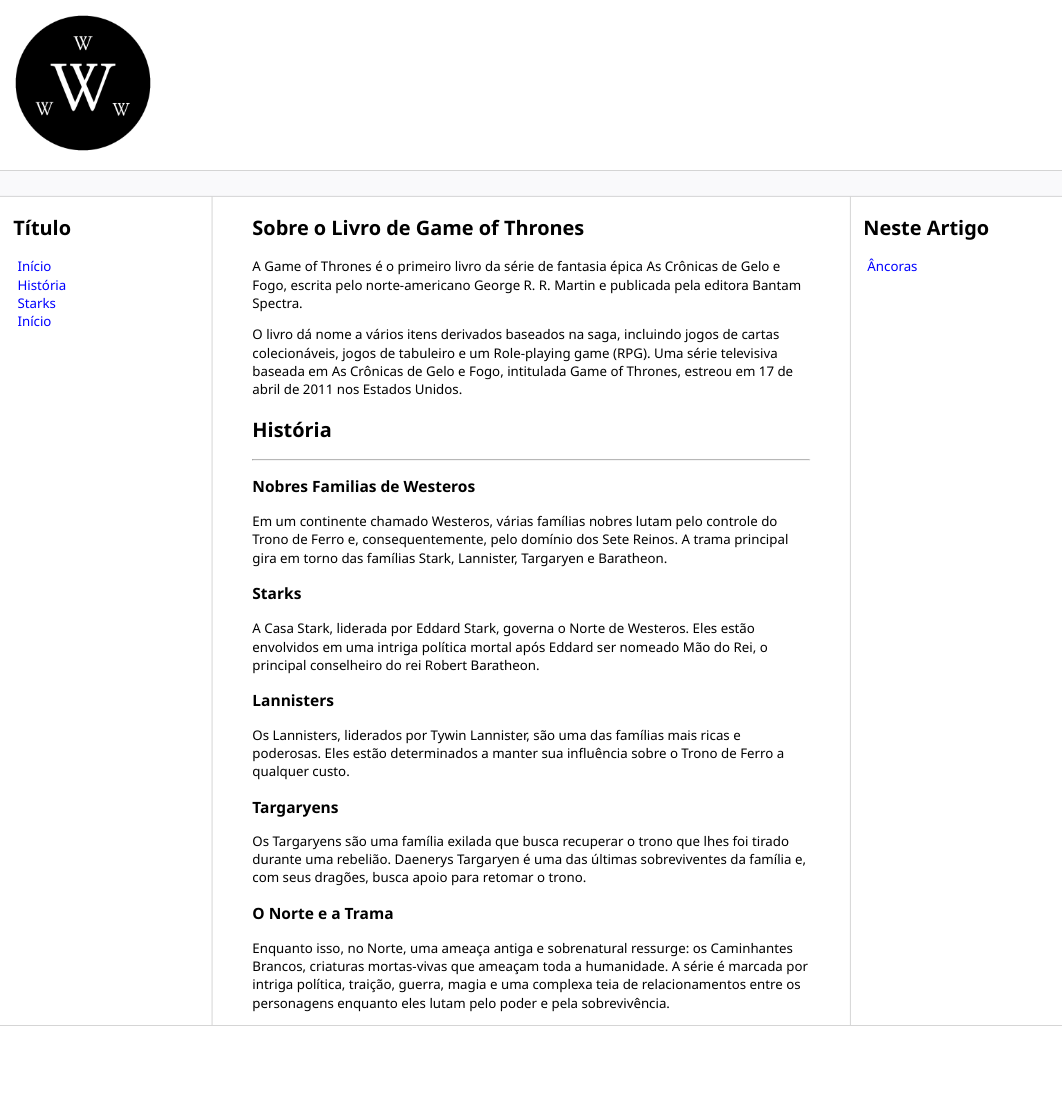
Repository: gustavotwist/projeto-w-wikipedia
Page: index.html
The author's editor kept a copy of each file at every save. The page is drawn from the files as they stood at one save, then again after a run of saves.
The browser window is 1280 px wide. The pictures show the whole page, at 83% of full size.

Above is the page before, as saved 2024-05-01 11:27:33.

After the next 3 saves:
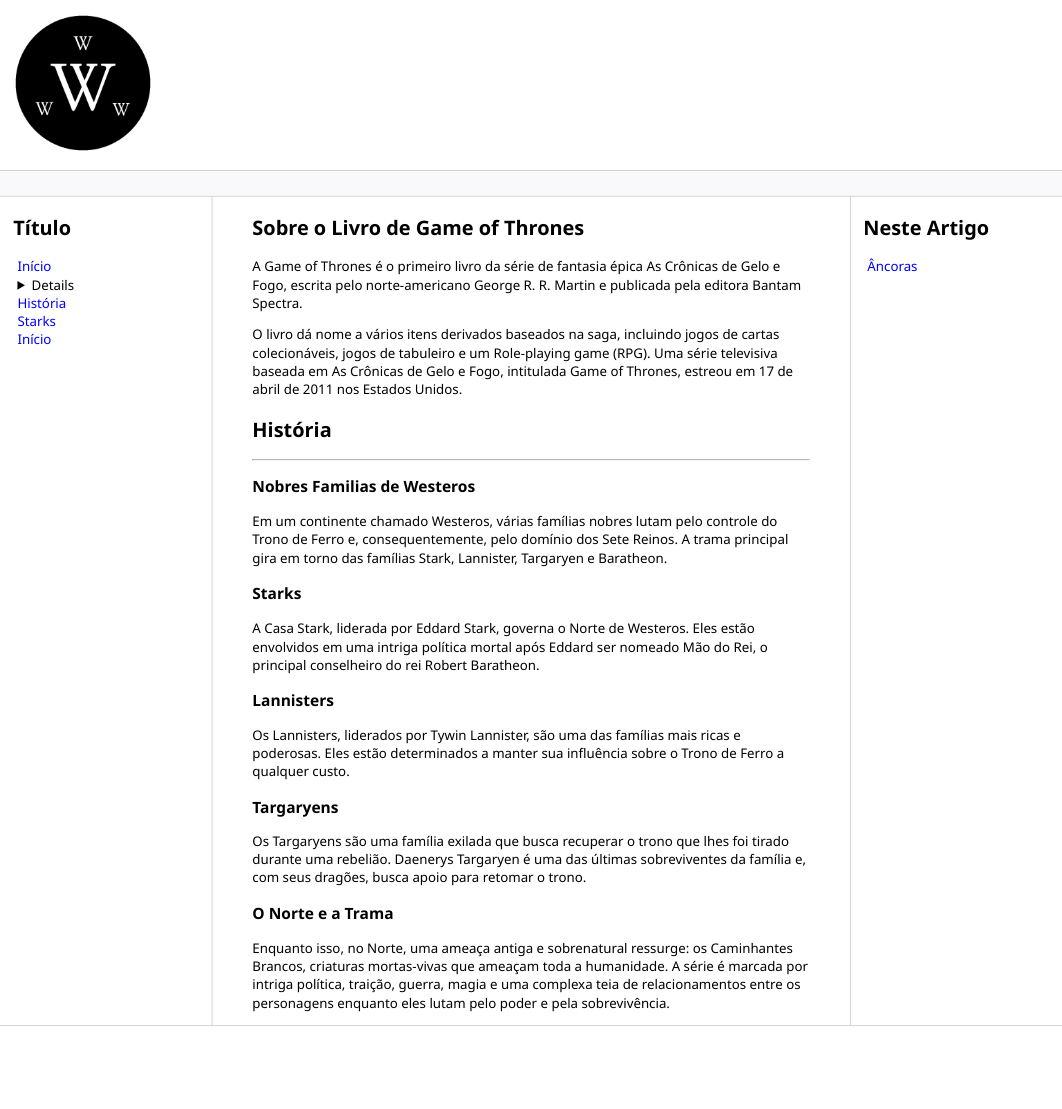
The 3 saves are shown as one change because they came seconds apart.
The last was saved 6 min 28 s later.
--- a/index.html
+++ b/index.html
@@ -21,7 +21,7 @@
             <h2>Título</h2>
             <ul>
                 <li><a href="#">Início</a></li>
-                <li><a href="#">História</a><li>
+                <details></details> <li><a href="#">História</a><li>
                     <a href="#">Starks</a></li></li>
                 <li><a href="#">Início</a></li>
             </ul>
